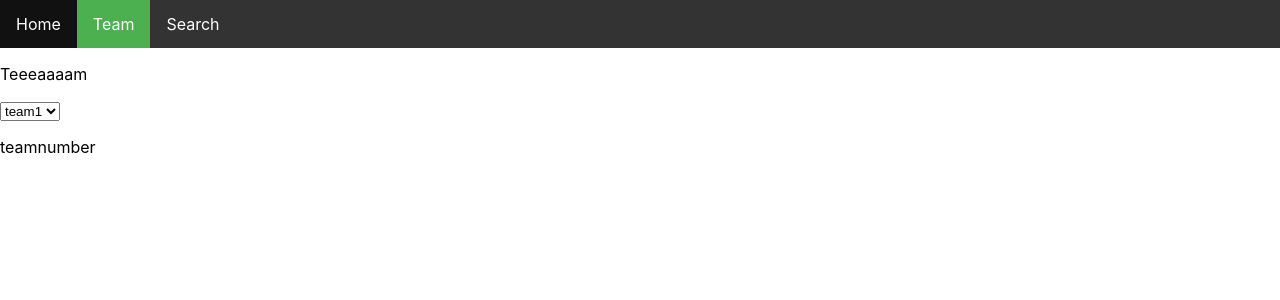
Repository: cph-ms782/SemesterProjekt_Frontend
Page: /#/team (app in 3SemFront/)
An editor plug-in stored every save of this project. The page is shown before and after the next save, followed by the edit.
The browser window is 1280 px wide. The pictures show the whole page.
The project was rebuilt for these pictures with package versions that can differ from the ones it lists, and the page was loaded fresh each time. Also part of the build but not shown: 3SemFront/src/components/Home.js, 3SemFront/src/components/UserInfo.js, 3SemFront/src/components/AllAboutTeam.js, 3SemFront/src/components/Search.js.

Above is the page before, as saved 2019-11-19 14:51:30.

### 3SemFront/src/index.css
body {
  margin: 0;
  font-family: -apple-system, BlinkMacSystemFont, "Segoe UI", "Roboto", "Oxygen",
    "Ubuntu", "Cantarell", "Fira Sans", "Droid Sans", "Helvetica Neue",
    sans-serif;
  -webkit-font-smoothing: antialiased;
  -moz-osx-font-smoothing: grayscale;
}

ul.header {
  list-style-type: none;
  margin: 0;
  padding: 0;
  overflow: hidden;
  background-color: #333;
}

ul.header li {
  float: left;
}

ul.header li a {
  display: block;
  color: white;
  text-align: center;
  padding: 14px 16px;
  text-decoration: none;
}

ul.header li a:hover:not(.active) {
  background-color: #111;
}

.active {
  background-color: #4caf50;
}

### 3SemFront/src/App.js
import React, { useState } from "react";
import {
  HashRouter as Router,
  Route,
  NavLink,
  Switch
} from "react-router-dom";
import facade from "./components/loginFacade";
import Home from "./components/Home";
import Team from "./components/Team";
import AllAboutTeam from "./components/AllAboutTeam";
import Search from "./components/Search";
import UserInfo from "./components/UserInfo";

function App() {
  console.log("App");
  const [teamName, setTeamName] = useState("");

  return (
    <div>
      <Router >
        <div>
          <Header />
          <Switch>
            <Route exact path="/"><Home /></Route>
            <Route path="/team"><Team /></Route>
            <Route path="/allaboutteam"><AllAboutTeam /></Route>
            <Route path="/search" ><Search teamName={{ teamName: [teamName, setTeamName] }} /></Route>
            <Route path="/userinfo"><UserInfo /></Route>
            <Route component={NoMatch} />
          </Switch>
        </div>
      </Router>
      <p>teamnumber </p>
      <p>{teamName}</p>
    </div>
  );
}

function Header() {
  console.log("Header");
  return (
    <div>
      <ul className="header">
        <li><NavLink exact activeClassName="active" to="/">Home</NavLink></li>
        <li><NavLink activeClassName="active" to="/team">Team</NavLink></li>
        <li><NavLink activeClassName="active" to="/search">Search</NavLink></li>
      </ul>
    </div>
  )
}

function NoMatch() {
  console.log("NoMatch");
  return (
    <div>
      Hello NoMatch
    </div>
  )
}

export default App;

### 3SemFront/src/components/loginFacade.js
import URL from "../settings";

function handleHttpErrors(res) {
  if (!res.ok) {
    return Promise.reject({ status: res.status, fullError: res.json() });
  }
  return res.json();
}

class LoginFacade {
  setToken = token => {
    localStorage.setItem("jwtToken", token);
  };
  getToken = () => {
    return localStorage.getItem("jwtToken");
  };
  loggedIn = () => {
    console.log("loggedIn func");
    const loggedIn = this.getToken() != null;
    return loggedIn;
  };
  logout = () => {
    localStorage.removeItem("jwtToken");
  };
  login = (user, pass) => {
    console.log("user, pass", user, pass)
    const options = this.makeOptions("POST", true, {
      username: user,
      password: pass
    });
    return fetch(URL + "/api/login", options)
      .then(handleHttpErrors)
      .then(res => {
        this.setToken(res.token);
      })
      .catch(err => { throw err });
  };

  getRole = () => {
    let jwt = localStorage.getItem("jwtToken");
    let jwtData = jwt.split(".")[1];
    let decodedJwtJsonData = window.atob(jwtData);
    let decodedJwtData = JSON.parse(decodedJwtJsonData);
    return decodedJwtData.roles;
  };

  makeOptions(method, addToken, body) {
    console.log("makeOptions");
    var opts = {
      method: method,
      headers: {
        "Content-type": "application/json",
        'Accept': "application/json"
      }
    };
    if (addToken && this.loggedIn()) {
      opts.headers["x-access-token"] = this.getToken();
    }
    if (body) {
      opts.body = JSON.stringify(body);
    }
    console.log("opts", opts);
    return opts;
  }

  fetchSW = () => {
    console.log("fetchSW");
    const options = this.makeOptions("GET", true); //True add's the token
    return fetch(URL + "/api/sw/datadto", options).then(handleHttpErrors);
  }

  fetchData = () => {
    console.log("fetchData");
    const options = this.makeOptions("GET", true); //True add's the token
    if (this.getRole() === "admin") {
      return fetch(URL + "/api/info/admin", options).then(handleHttpErrors);
    } else {
      return fetch(URL + "/api/info/user", options).then(handleHttpErrors);
    }
  };

}
const facade = new LoginFacade();
export default facade;

### 3SemFront/src/components/Team.js
import React from "react";

function Team() {
  const teams = ["team1", "team2", "team3"];
  console.log("Team");
  return (
    <div>
      <p>Teeeaaaam</p>
      <select placeholder="Teams">
        {teams.map(team => {
          return <option>{team}</option>;
        })}
      </select>
    </div>
  );
}

export default Team;

### 3SemFront/src/settings.js
const URL = "https://sandersolutions.dk/ca3_backend";
//const URL = "https://localhost:8080/ca3_backend";

export default URL;

Loaded but not shown: 3SemFront/public/index.html (common file); 3SemFront/src/index.js (common file)

After the next save:
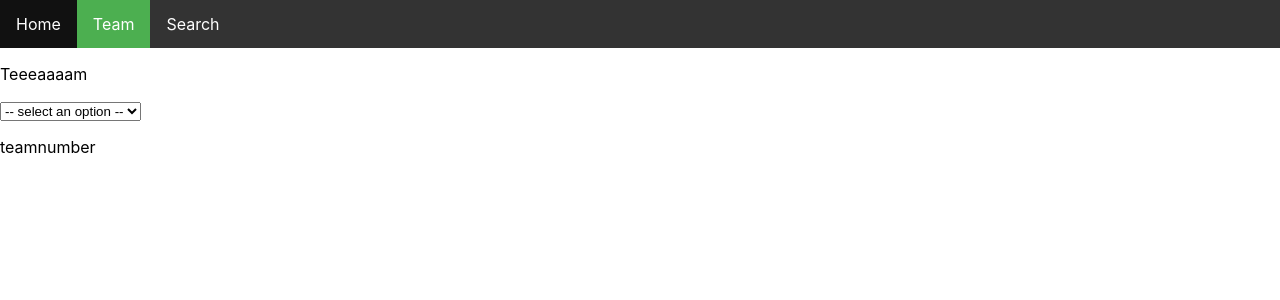
Saved 6 min 51 s later.
--- a/3SemFront/src/components/Team.js
+++ b/3SemFront/src/components/Team.js
@@ -6,7 +6,8 @@ function Team() {
   return (
     <div>
       <p>Teeeaaaam</p>
-      <select placeholder="Teams">
+      <select>
+      <option disabled selected value> -- select an option -- </option>
         {teams.map(team => {
           return <option>{team}</option>;
         })}
